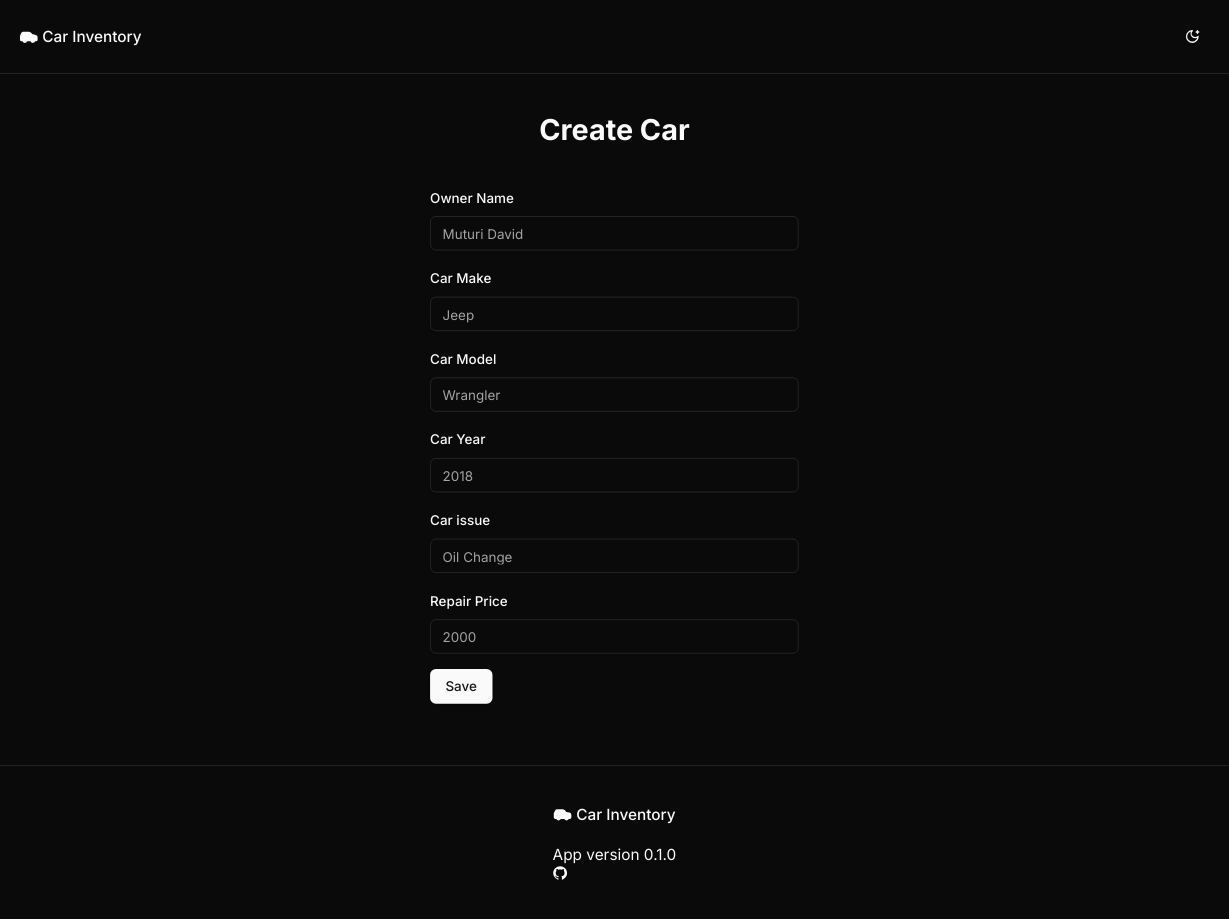
Repository: tushcmd/car-inventory
Page: /create (app in frontend/)
An editor plug-in stored every save of this project. The page is shown before and after the next save, followed by the edit.
The browser window is 1280 px wide. The pictures show the whole page, at 96% of full size.
The project was rebuilt for these pictures with package versions that can differ from the ones it lists, and the page was loaded fresh each time. The framework's server and built-in components were replaced by stand-ins that run in the browser. Also part of the build but not shown: frontend/next.config.mjs.

Above is the page before, as saved 2024-05-26 00:16:47.

After the next save:
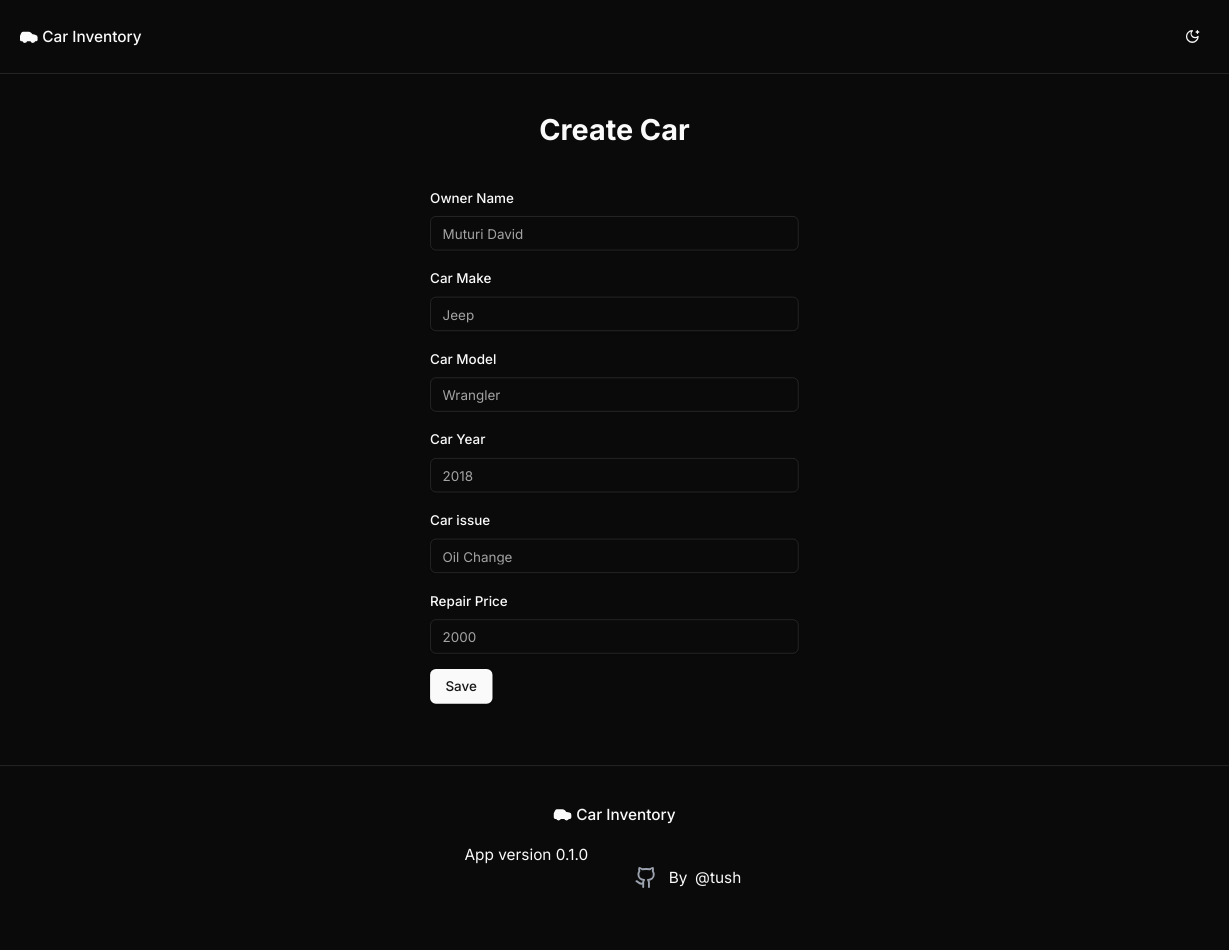
Saved 2 min 44 s later.
--- a/frontend/components/shared/Footer.tsx
+++ b/frontend/components/shared/Footer.tsx
@@ -1,20 +1,39 @@
 import React, { FC } from 'react'
 import Logo from './Logo'
 import { GitHubLogoIcon } from '@radix-ui/react-icons'
+import Link from 'next/link'
 
 const Footer: FC = () => {
   return (
     <footer className='border-t'>
-        <div className='layout-container flex flex-col gap-5 items-center  justify-center py-10'>
-            <Logo />
+      <div className='layout-container flex flex-col gap-5 items-center  justify-center py-10'>
+        <Logo />
+        <div className='inline-flex gap-6'>
+          <p>App version 0.1.0</p>
+          <div className='inline-flex p-6 max-w-3xl gap-3 items-center text-center'>
             <div>
-              <p>App version 0.1.0</p>
-              <div>
-                <GitHubLogoIcon />
+              <Link
+                href="https://github.com/tushcmd/next-puns-ai"
+                target="_blank"
+                rel="noreferrer"
+                className="text-gray-500 hover:text-gray-900 dark:text-gray-400 dark:hover:text-gray-200"
+              >
+                <svg xmlns="http://www.w3.org/2000/svg" width="24" height="24" viewBox="0 0 24 24" fill="none" stroke="currentColor" stroke-width="2" stroke-linecap="round" stroke-linejoin="round" className="lucide lucide-github"><path d="M15 22v-4a4.8 4.8 0 0 0-1-3.5c3 0 6-2 6-5.5.08-1.25-.27-2.48-1-3.5.28-1.15.28-2.35 0-3.5 0 0-1 0-3 1.5-2.64-.5-5.36-.5-8 0C6 2 5 2 5 2c-.3 1.15-.3 2.35 0 3.5A5.403 5.403 0 0 0 4 9c0 3.5 3 5.5 6 5.5-.39.49-.68 1.05-.85 1.65-.17.6-.22 1.23-.15 1.85v4" /><path d="M9 18c-4.51 2-5-2-7-2" /></svg>
+              </Link>
+            </div>
+            <Link
+              className="pointer-events-none flex place-items-center gap-2 px-8 lg:pointer-events-auto lg:p-0"
+              href="https://tushdev.co/"
+              target="_blank"
+              rel="noopener noreferrer"
+            >
+              By{" "}
+              <p>@tush</p>
+            </Link>
 
-              </div>
-            </div>
+          </div>
         </div>
+      </div>
 
     </footer>
   )
